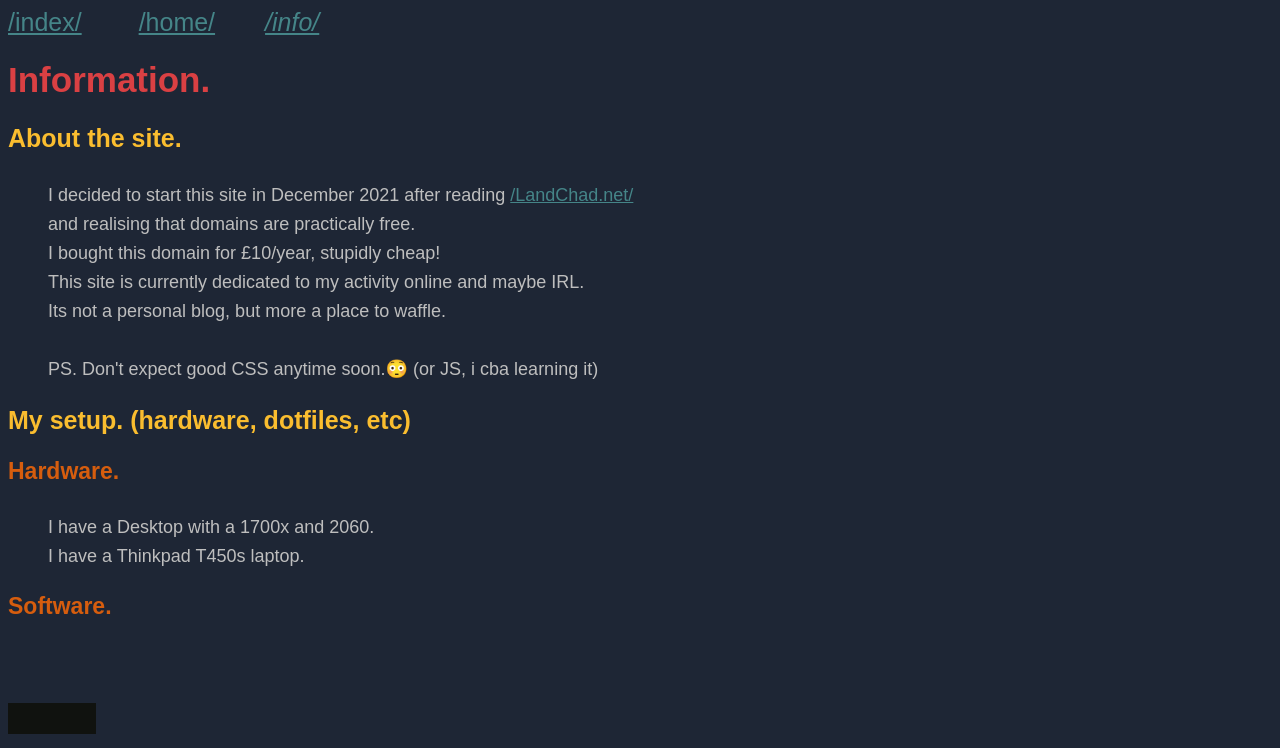
Repository: KieranCrossland/kierancrosslandxyz
Page: info.html
These files come from the project's save history. The page is drawn as it stood at one moment and after a run of saves; the edit follows.
The browser window is 1280 px wide. The pictures show the whole page.

Above is the page before, as saved 2022-06-19 01:53:20.

After the next 2 saves:
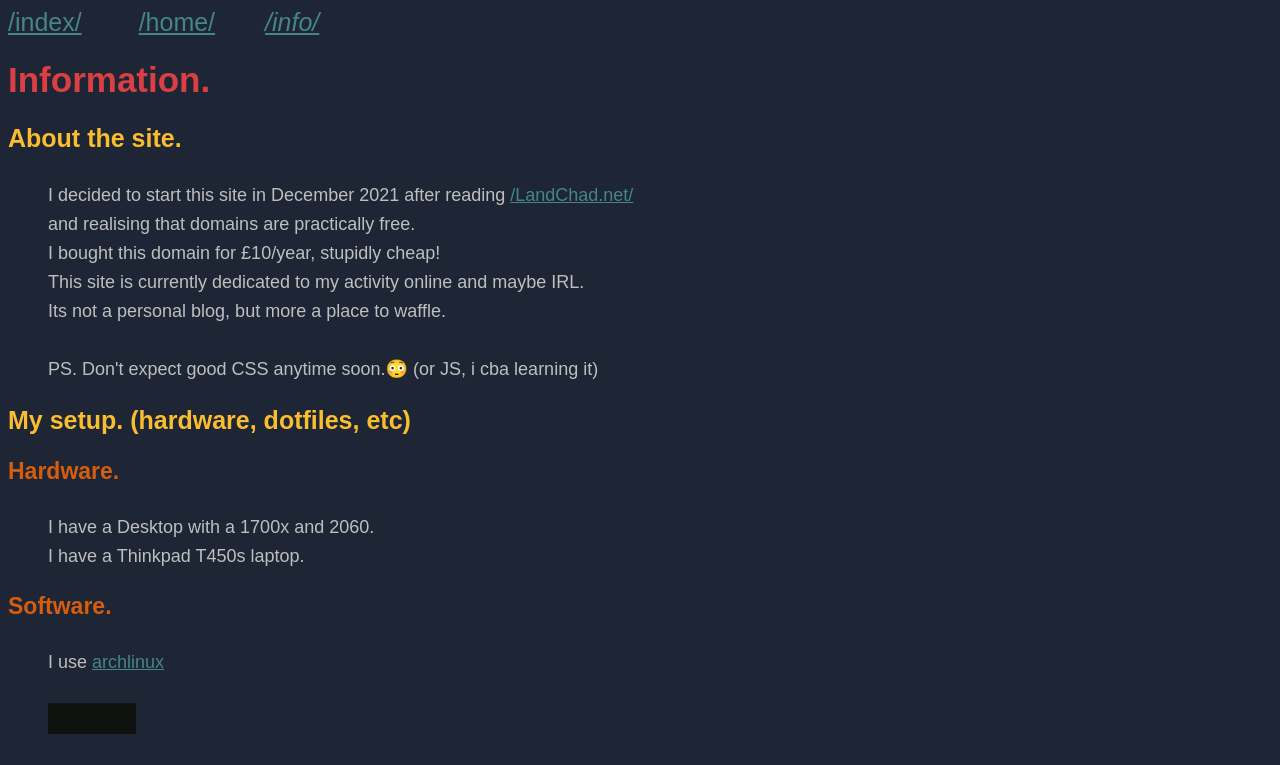
The 2 saves are shown as one change because they came seconds apart.
The last was saved 71 s later.
--- a/info.html
+++ b/info.html
@@ -85,7 +85,7 @@ h3 {
 <ul><p1>I have a Desktop with a 1700x and 2060.<br>I have a Thinkpad T450s laptop.</p1></ul>
 
 <h3>Software.</h3>
-<ul><p1></p1></ul>
+<ul><p1>I use <a href="https://archlinux.org/" target="_blank">archlinux</a>
 
 <br><br><a href="https://landchad.net" target="_blank">
  <img src="img/landchad.gif" width="88px" height="31px" alt=""/>
